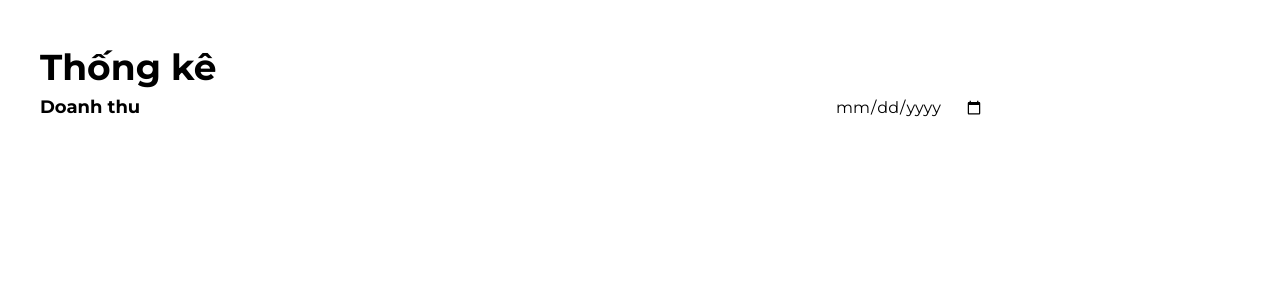
Repository: iphoneboy46/AltaMediaCMS
Page: /
These files come from the project's save history. The page is drawn as it stood at one moment and after the next save; the edit follows.
The browser window is 1280 px wide. The pictures show the whole page.
Some web libraries are served in a nearby version. The project was rebuilt for these pictures with package versions that can differ from the ones it lists, and the page was loaded fresh each time.

Above is the page before, as saved 2023-03-26 21:28:38.

After the next save:
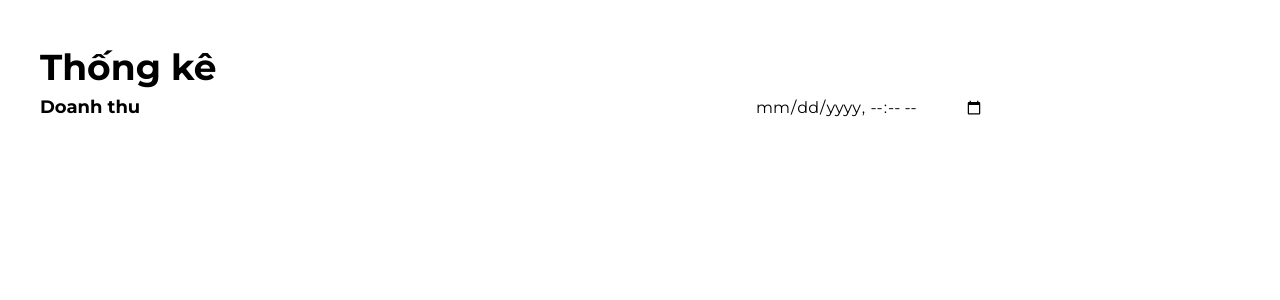
Saved 27 s later.
--- a/src/components/Home/Home.tsx
+++ b/src/components/Home/Home.tsx
@@ -9,7 +9,7 @@
         <div className="flex items-center justify-between">
            <div> <h2 className="text-[black] text-[18px] font-[600]">Doanh thu</h2></div>
            <div>
-             <input className="" type="date" value="" />
+             <input className="" type="datetime-local" value="" />
            </div>
         </div>
     </div>

After the save that followed:
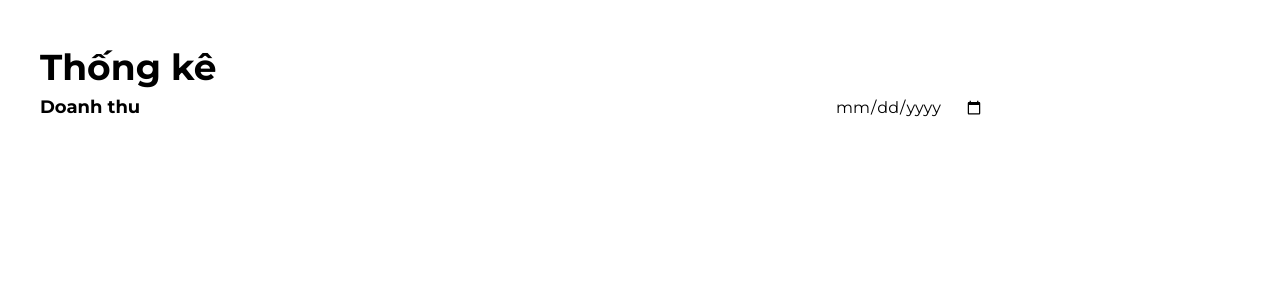
Saved 7 s later.
--- a/src/components/Home/Home.tsx
+++ b/src/components/Home/Home.tsx
@@ -9,7 +9,7 @@
         <div className="flex items-center justify-between">
            <div> <h2 className="text-[black] text-[18px] font-[600]">Doanh thu</h2></div>
            <div>
-             <input className="" type="datetime-local" value="" />
+             <input className="" type="date" value="" />
            </div>
         </div>
     </div>
